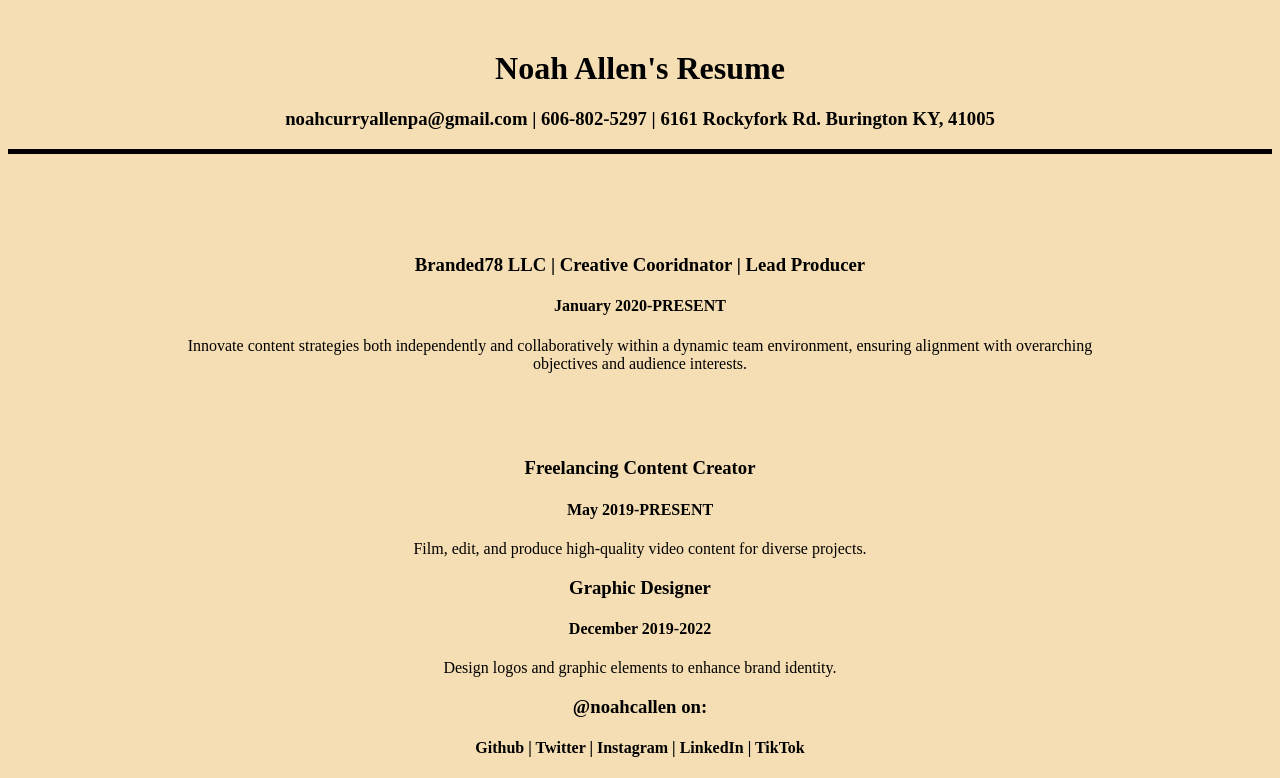
Repository: noahcallen/LAB-HTML-Resume
Page: index.html
An editor plug-in stored every save of this project. The page is shown before and after the next save, followed by the edit.
The browser window is 1280 px wide. The pictures show the whole page.

Above is the page before, as saved 2024-07-08 21:48:20.

After the next save:
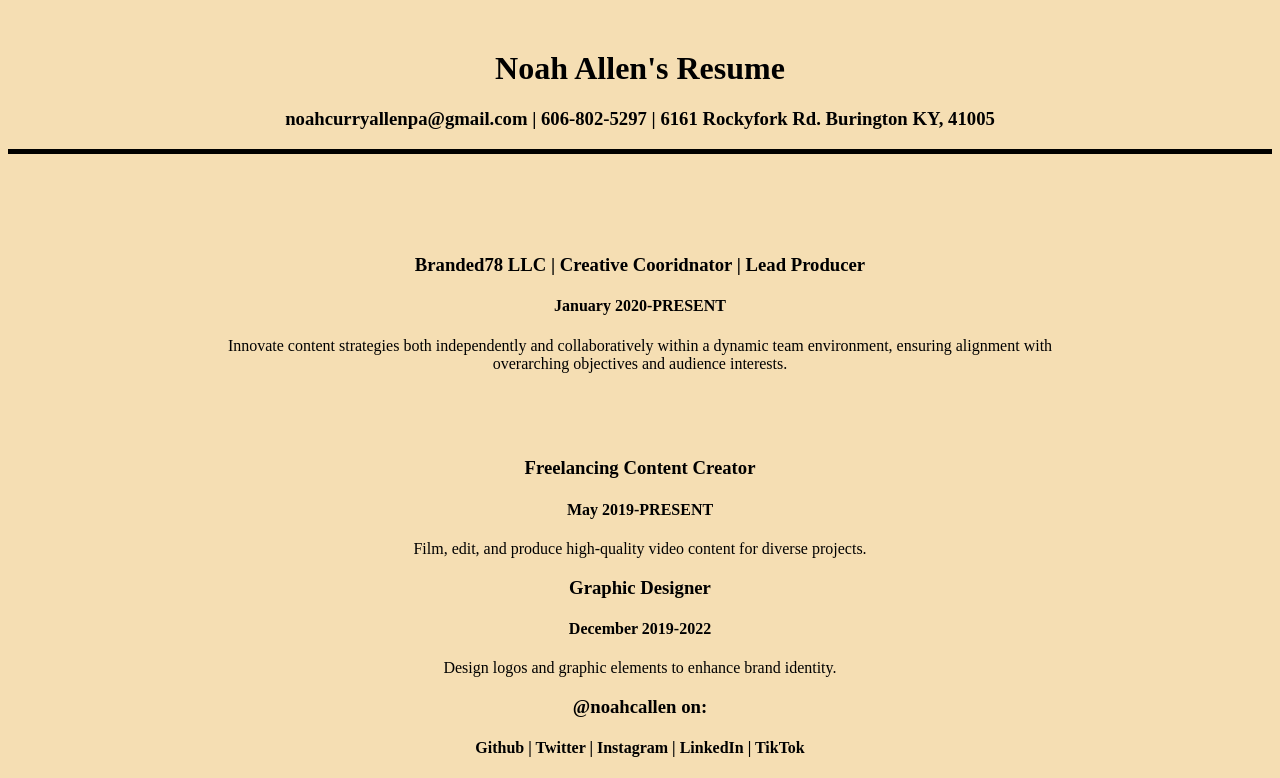
Saved 12 s later.
--- a/main.css
+++ b/main.css
@@ -9,5 +9,5 @@
 }
 
 #Job1 {
-  padding: 0px 150px 50px 150px;
+  padding: 0px 200px 50px 200px;
 }
